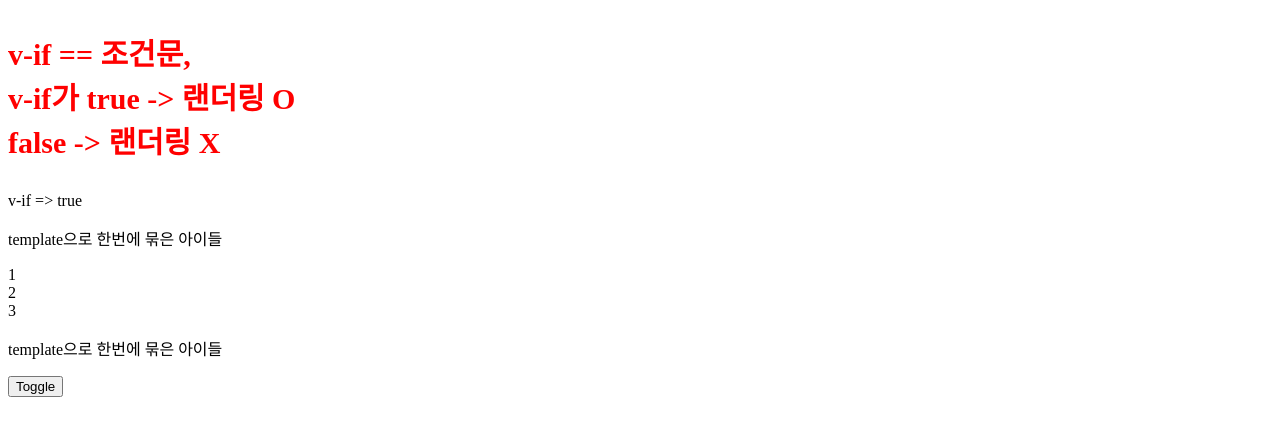
Repository: RyuGeunHwan/code_J
Page: Vuejs/22-08-10 vuejs v-if and v-show.html
An editor plug-in stored every save of this project. The page is shown before and after the next save, followed by the edit.
The browser window is 1280 px wide. The pictures show the whole page.

Above is the page before, as saved 2022-08-10 09:40:05.

### Vuejs/22-08-10 vuejs v-if and v-show.html
<!DOCTYPE html>
<html lang="en">
<head>
    <meta charset="UTF-8">
    <meta http-equiv="X-UA-Compatible" content="IE=edge">
    <meta name="viewport" content="width=device-width, initial-scale=1.0">
    <title>v-if & v-show</title>
    <script src="https://cdn.jsdelivr.net/npm/vue/dist/vue.js"></script>
</head>
<body>
    <div id="app">
        <p :style="styleObject">v-if == 조건문, <br> v-if가 true -> 랜더링 O <br> false -> 랜더링 X</p>

        <div v-if="show">v-if => true</div>
        <!-- 여러개의 태그를 한번에 없애고 나타나게 하는 방법 -->
        <template v-if="show">
        <p>template으로 한번에 묶은 아이들</p>
        <div>1</div>
        <div>2</div>
        <div>3</div>
        <p>template으로 한번에 묶은 아이들</p>
        </template>
        <!-- 여러개의 태그를 한번에 없애고 나타나게 하는 방법 -->
        <div v-else>v-else</div>
        <button @click="toggleShow">Toggle</button>
    </div>
    <script>
        new Vue({
            el: '#app',
            data:{
                show: true,
                styleObject:{
                    fontSize: '30px',
                    color: 'red',
                    fontWeight: 'bold'
                }
            },
            methods:{
                toggleShow(){
                    this.show = !this.show;
                    // !this.show 와 false의 차이점
                    // 1. !this.show는 다시 로드 됨.
                    // 2. false는 값이 변경되어서 값이 false로 고정되어있음.
                }
            }
        })
    </script>
</body>
</html>

After the next save:
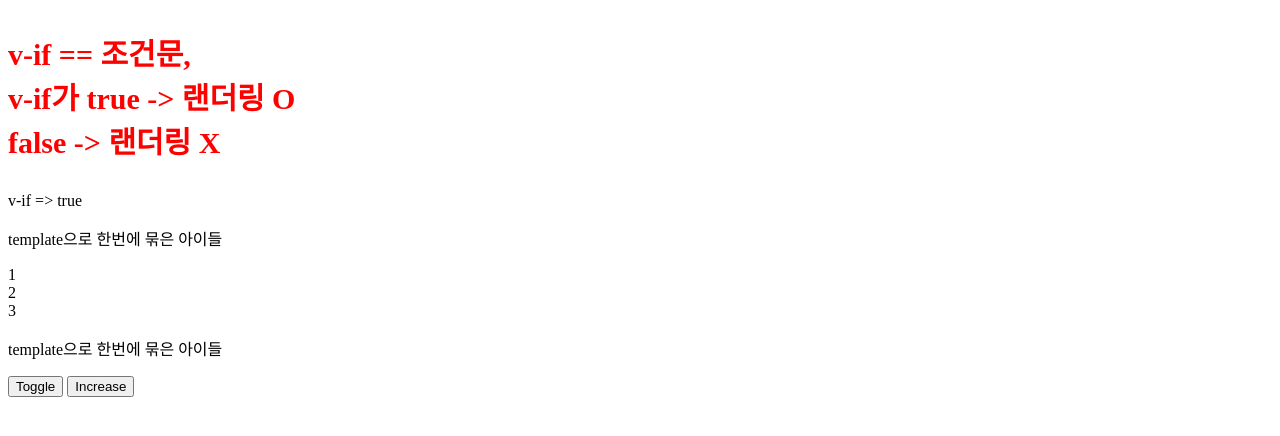
Saved 103 s later.
--- a/Vuejs/22-08-10 vuejs v-if and v-show.html
+++ b/Vuejs/22-08-10 vuejs v-if and v-show.html
@@ -21,14 +21,17 @@
         <p>template으로 한번에 묶은 아이들</p>
         </template>
         <!-- 여러개의 태그를 한번에 없애고 나타나게 하는 방법 -->
+        <div v-else-if=""></div>
         <div v-else>v-else</div>
         <button @click="toggleShow">Toggle</button>
+        <button @click="increaseNumber">Increase</button>
     </div>
     <script>
         new Vue({
             el: '#app',
             data:{
                 show: true,
+                number: 1,
                 styleObject:{
                     fontSize: '30px',
                     color: 'red',
@@ -41,6 +44,10 @@
                     // !this.show 와 false의 차이점
                     // 1. !this.show는 다시 로드 됨.
                     // 2. false는 값이 변경되어서 값이 false로 고정되어있음.
+                },
+
+                increaseNumber(){
+                    this.number++;
                 }
             }
         })
